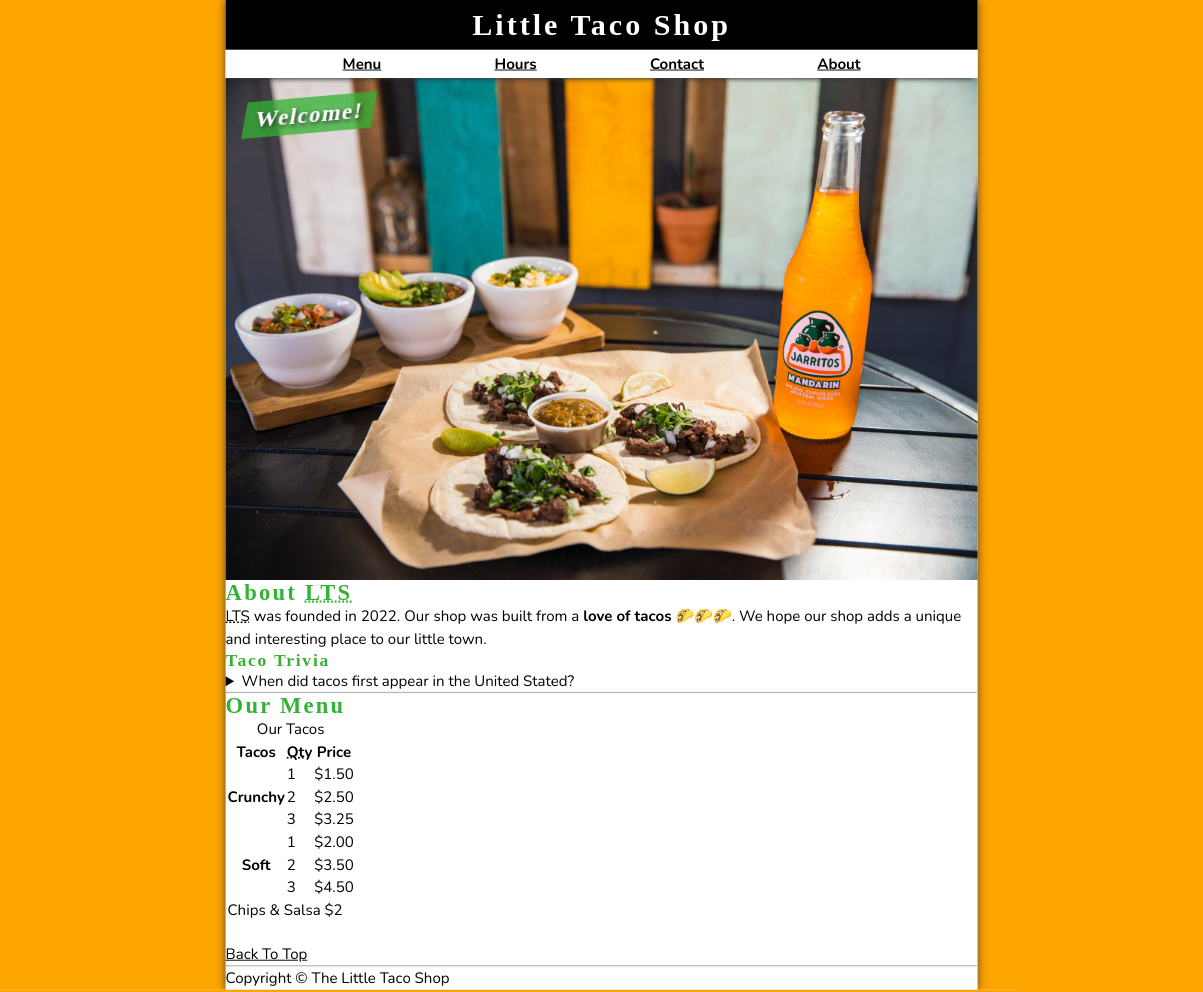
Repository: nabieusuma/Little-taco-shop
Page: index.html
These files come from the project's save history. The page is drawn as it stood at one moment and after the next save; the edit follows.
The browser window is 1280 px wide. The pictures show the whole page, at 94% of full size.
Some web fonts or font styles are not loaded; a fallback is used.

Above is the page before, as saved 2026-05-06 14:40:34.

### index.html
<!doctype html>
<html lang="en">
  <head>
    <meta charset="UTF-8" />
    <meta name="viewport" content="width=device-width, initial-scale=1.0" />
    <meta name="author" content="Nabieu suma" />
    <meta
      name="description"
      content="The official website for The Little Taco Shop"
    />
    <title>The Little Taco Shop</title>
    <link rel="icon" href="favicon.ico" type="image/x-icon" />
    <link rel="stylesheet" href="style.css" />
  </head>

  <body>
    <header class="header">
      <h1 class="header__h1"> Little Taco Shop</h1>
      <nav class="header__nav">
        <ul class="header__ul">
          <li>
            <a href="#menu"> Menu</a>
          </li>
          <li>
            <a href="hours.html"> Hours</a>
          </li>
          <li>
            <a href="contact.html">Contact</a>
          </li>

          <li>
            <a href="about.html">About</a>
          </li>
        </ul>
      </nav>
    </header>

    <section class="hero">
      <h2 class="hero__h2">Welcome!</h2>
      <figure>
        <img
          src="./Images/tacos_and_drink_1000x667.png"
          alt="Tacos and a Drink"
          title="We love tacos!"
          width="1000"
          height="667"
        />
        <figcaption class="offscreen">Tacos and a Drink</figcaption>
      </figure>
    </section>
    <main class="main">
      <article id="about">
        <h2>About <abbr title="The Little Taco Shop">LTS</abbr></h2>
        <p>
          <abbr title="The Little Taco Shop">LTS</abbr> was founded in
          <time datetime="2022">2022</time>. Our shop was built from a
          <strong>love of tacos</strong> 🌮🌮🌮. We hope our shop adds a unique
          and interesting place to our little town.
        </p>
        <aside>
          <h3>Taco Trivia</h3>
          <details>
            <summary>When did tacos first appear in the United Stated?</summary>
            <p>
              Jeffrey M. Pilcher, taco historian and professor of history at the
              University of Minnesota, says the earliest mention of tacos in the
              United States are in a newspaper from
              <time datetime="1905">1905</time>. (Source:
              <cite
                ><a
                  href="https://www.smithsonianmag.com/arts-culture/where-did-the-taco-come-from-81228162/"
                  target="_blank"
                  >Smithsonian Magazine</a
                ></cite
              >)
            </p>
          </details>
        </aside>
      </article>
      <hr />
      <article id="menu">
        <h2>Our Menu</h2>
        <table>
          <caption>
            Our Tacos
          </caption>
          <thead>
            <tr>
              <th>Tacos</th>
              <th scope="col"><abbr title="Quantity">Qty</abbr></th>
              <th scope="col">Price</th>
            </tr>
          </thead>
          <tbody>
            <tr>
              <th scope="row" rowspan="3">Crunchy</th>
              <td>1</td>
              <td>$1.50</td>
            </tr>
            <tr>
              <td>2</td>
              <td>$2.50</td>
            </tr>
            <tr>
              <td>3</td>
              <td>$3.25</td>
            </tr>
            <tr>
              <th scope="row" rowspan="3">Soft</th>
              <td>1</td>
              <td>$2.00</td>
            </tr>
            <tr>
              <td>2</td>
              <td>$3.50</td>
            </tr>
            <tr>
              <td>3</td>
              <td>$4.50</td>
            </tr>
          </tbody>
          <tfoot>
            <tr>
              <td colspan="3">Chips &amp; Salsa $2</td>
            </tr>
          </tfoot>
        </table>
        <br />
        <p>
          <a href="#">Back To Top</a>
        </p>
      </article>
    </main>
    <hr />
    <footer class="footer">
      <p>
        <span class="nowrap">Copyright &copy; </span>
        <span class="nowrap">The Little Taco Shop</span>
      </p>
    </footer>
  </body>
</html>

### style.css
@import url("https://fonts.googleapis.com/css2?family=Fraunces:ital,opsz,wght@0,9..144,100..900;1,9..144,100..900&family=Hanken+Grotesk:ital,wght@0,100..900;1,100..900&family=Kumbh+Sans:wght,YOPQ@100..900,300&family=Montserrat:ital,wght@0,100..900;1,100..900&family=Nunito:ital,wght@0,200..1000;1,200..1000&family=Outfit:wght@100..900&family=Red+Hat+Display:ital,wght@0,300..900;1,300..900&family=Roboto:ital,wght@0,100..900;1,100..900&family=Work+Sans:ital,wght@0,100..900;1,100..900&display=swap");

@import url("https://fonts.googleapis.com/css2?family=Fraunces:ital,opsz,wght@0,9..144,100..900;1,9..144,100..900&family=Fugaz+One&family=Hanken+Grotesk:ital,wght@0,100..900;1,100..900&family=Kumbh+Sans:wght,YOPQ@100..900,300&family=Montserrat:ital,wght@0,100..900;1,100..900&family=Nunito:ital,wght@0,200..1000;1,200..1000&family=Outfit:wght@100..900&family=Red+Hat+Display:ital,wght@0,300..900;1,300..900&family=Roboto:ital,wght@0,100..900;1,100..900&family=Work+Sans:ital,wght@0,100..900;1,100..900&display=swap");

*,
*::before,
*::after {
  padding: 0;
  margin: 0;
  box-sizing: border-box;
}

img {
  display: block;
  max-width: 100%;
  height: auto;
}

input,
button,
textarea {
  font: inherit;
}

/* || VARIABLES */
:root {
  /* Fonts */
  --FF: "Nunito", sans-serif;
  --FF--HEADINGS: "Fugaz One", cursive;
  --FS: clamp(1rem, 2.2vh, 1.5rem);

  /* COLORS*/
  --BGCOLOR: orange;
  --BGCOLOR-FADE: rgb(252, 220, 160);
  --BGIMAGE: linear-gradiant(
    to buttom,
    var(var(var(--BGCOLOR), var(var(--BGCOLOR-FADE))))
  );
  --BODY-BGCOLOR: #fff;
  --FONT-COLOR: #000;
  --BORDER-COLOR: #333;
  --HEIGHLIGHT-COLOR: rgb(51, 178, 51);
  --LINKCOLOR: #000;
  --LINK-HOVER: hsla(0, 0%, 0%, 0.6);
  --LINK-ACTIVE: orange;
  --HEADER-BGCOLOR: #000;
  --HEADER-COLOR: #fff;
  --NAV-BAGCOLOR: #fff;
  --HERO-BGCOLOR: rgba(51, 178, 51, 0.75);
  --HERO-COLOR: #fff;

  /* BORDERS */
  --BORDERS: 1px solid var(var(--BORDER-COLOR));

  /* STANDARD PADDING */
  --PADDING-TB: 0.25em;
  --PADDING-SIDE: 2.5%;

  /* STANDARD MARGIN */
  --MARGIN: clamp(1em, 2.5vh, 1.5em) 0;
}

/* || UTILITY CLASS */
.offscreen {
  position: absolute;
  left: -10000px;
}

.nowrap {
  white-space: nowrap;
}

.center {
  text-align: center;
}

/*
  GENERAL STYLE
*/
html {
  scroll-behavior: smooth;
  font-size: var(--FS);
  font-family: var(--FF);
  background-color: var(--BGCOLOR);
  background-image: var(--BGIMAGE);
}

body {
  background-color: var(--BODY-BGCOLOR);
  color: var(--FONT-COLOR);
  min-height: 100vh;
  max-width: 800px;
  margin: 0 auto;
  border-left: var(--BORDERS);
  border-right: var(--BORDERS);
  box-shadow: 0 0 10px var(--BORDER-COLOR);
}

h1,
h2,
h3 {
  font-family: var(--FF--HEADINGS);
  letter-spacing: 0.1em;
}

h2,
h3 {
  color: var(--HEIGHLIGHT-COLOR);
}

p {
  line-height: 1.5;
}

a:any-link {
  color: var(--LINKCOLOR);
}

a:hover,
a:focus-visible {
  color: var(--LINK-HOVER);
}

a:active {
  color: var(--LINK-ACTIVE);
}

/* HEADER */
.header {
  position: sticky;
  top: 0;
  z-index: 1;
}

.header__h1 {
  text-align: center;
  background-color: var(--HEADER-BGCOLOR);
  color: var(--HEADER-COLOR);
  padding: var(--PADDING-TB) var(--PADDING-SIDE);
}

.header__nav {
  background-color: var(--NAV-BAGCOLOR);
  border-bottom: var(--BORDERS);
  font-weight: bold;
  box-shadow: 0 6px 5px -5px var(--BORDER-COLOR);
}

.header__ul {
  padding: var(--PADDING-TB) var(--PADDING-SIDE);
  list-style-type: none;
  display: flex;
  justify-content: space-evenly;
  gap: 1rem;
}

.hero {
  position: relative;
}

.hero__h2 {
  background-color: var(--HERO-BGCOLOR);
  color: var(--HERO-COLOR);
  padding: 0.25em 0.5em;
  letter-spacing: 0.1rem;
  text-shadow: 2px 2px 5px var(--BORDER-COLOR);
  position: absolute;
  left: 20px;
  top: -100px;
  animation: showWelcome 0.5s ease-in-out 1s forwards;
}

@keyframes showWelcome {
  0% {
    top: -20px;
    transform: skew(0deg, -5deg) scaleY(0);
  }

  80% {
    top: 80px;
    transform: skew(10deg, -5deg) scaleY(1.2);
  }

  100% {
    top: 20px;
    transform: skew(-10deg, -5deg) scaleY(1);
  }
}

After the next save:
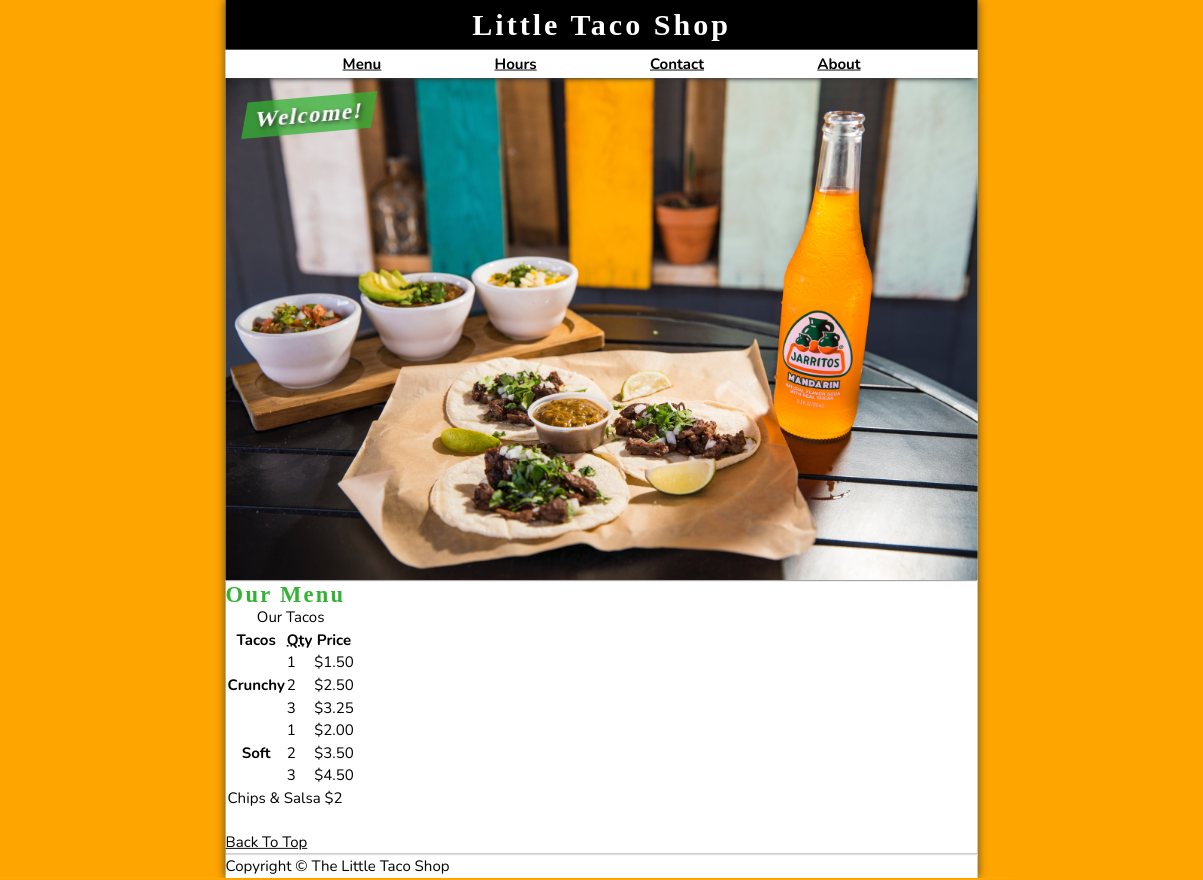
Saved 62 s later.
--- a/index.html
+++ b/index.html
@@ -49,34 +49,7 @@
       </figure>
     </section>
     <main class="main">
-      <article id="about">
-        <h2>About <abbr title="The Little Taco Shop">LTS</abbr></h2>
-        <p>
-          <abbr title="The Little Taco Shop">LTS</abbr> was founded in
-          <time datetime="2022">2022</time>. Our shop was built from a
-          <strong>love of tacos</strong> 🌮🌮🌮. We hope our shop adds a unique
-          and interesting place to our little town.
-        </p>
-        <aside>
-          <h3>Taco Trivia</h3>
-          <details>
-            <summary>When did tacos first appear in the United Stated?</summary>
-            <p>
-              Jeffrey M. Pilcher, taco historian and professor of history at the
-              University of Minnesota, says the earliest mention of tacos in the
-              United States are in a newspaper from
-              <time datetime="1905">1905</time>. (Source:
-              <cite
-                ><a
-                  href="https://www.smithsonianmag.com/arts-culture/where-did-the-taco-come-from-81228162/"
-                  target="_blank"
-                  >Smithsonian Magazine</a
-                ></cite
-              >)
-            </p>
-          </details>
-        </aside>
-      </article>
+
       <hr />
       <article id="menu">
         <h2>Our Menu</h2>
